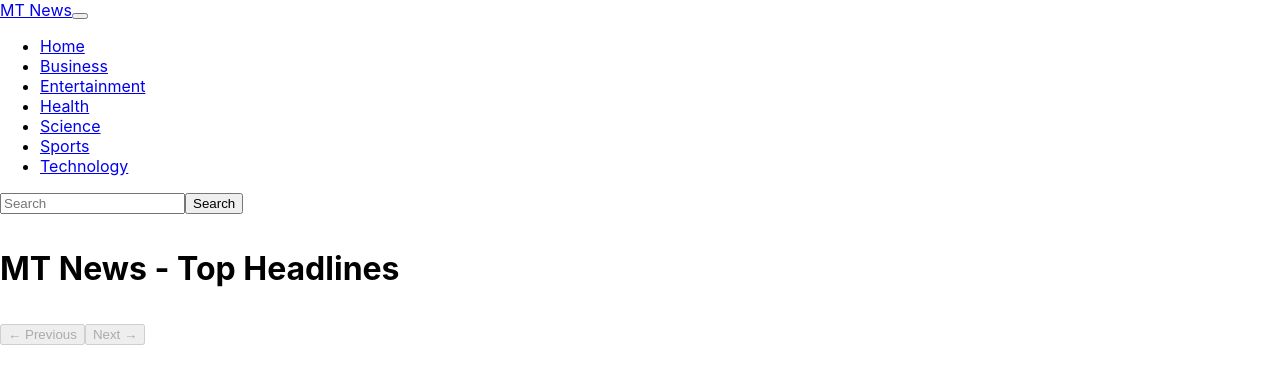
Repository: professorsourabh/news_website_using-ReactJS
Page: /health
An editor plug-in stored every save of this project. The page is shown before and after the next save, followed by the edit.
The browser window is 1280 px wide. The pictures show the whole page.
The page's requests for data from a server got no answer. The project was rebuilt for these pictures with package versions that can differ from the ones it lists, and the page was loaded fresh each time. No one was signed in, and anything a server would have sent is missing. Also part of the build but not shown: src/Components/NewsaItem.js.

Above is the page before, as saved 2023-05-26 12:14:40.

### src/index.js
import React from 'react';
import ReactDOM from 'react-dom/client';
import './index.css';
import App from './App';
import reportWebVitals from './reportWebVitals';
import { BrowserRouter , Route, Routes } from 'react-router-dom';
const root = ReactDOM.createRoot(document.getElementById('root'));
root.render(
  <React.StrictMode>

    <App />

  </React.StrictMode>
);

// If you want to start measuring performance in your app, pass a function
// to log results (for example: reportWebVitals(console.log))
// or send to an analytics endpoint. Learn more: https://bit.ly/CRA-vitals
reportWebVitals();

### src/App.js
// App.js
import React, { Component } from 'react';
import { BrowserRouter as Router, Route, Routes } from 'react-router-dom';
import NavBar from './Components/NavBar';
import News from './Components/News';

export default class App extends Component {
  render() {
    return (
      <Router>
        <div>
          <NavBar />

          <Routes>
            <Route path="/" element={<News category="general"/>} />
            <Route path="/business" element={<News category="business" />} />
            <Route path="/news/Entertainment" element={<News category="entertainment" />} />
            <Route path="/health" element={<News category="health" />} />
            <Route path="/science" element={<News category="science" />} />
            <Route path="/sports" element={<News category="sports" />} />
            <Route path="/technology" element={<News category="technology" />} />
          </Routes>
        </div>
      </Router>
    );
  }
}

### src/Components/NavBar.js
// NavBar.js
import React, { Component } from 'react';
import { Link } from 'react-router-dom';

export class NavBar extends Component {
  render() {
    return (
      <div>
        <nav className="navbar navbar-expand-md bg-body-dark bg-dark text-center">
          <div className="container-fluid">
            <Link className="navbar-brand text-light" to="/">
              MT News
            </Link>
            <button
              className="navbar-toggler"
              type="button"
              data-bs-toggle="collapse"
              data-bs-target="#navbarSupportedContent"
              aria-controls="navbarSupportedContent"
              aria-expanded="false"
              aria-label="Toggle navigation"
            >
              <span className="navbar-toggler-icon"></span>
            </button>

            <div className="collapse navbar-collapse" id="navbarSupportedContent">
              <ul className="navbar-nav me-auto mb-2 mb-lg-0">
                <li className="nav-item">
                  <Link className="nav-link text-light" to="/">
                    Home
                  </Link>
                </li>

                <li className="nav-item">
                  <Link className="nav-link text-light" to="/business">
                    Business
                  </Link>
                </li>
                <li className="nav-item">
                  <Link className="nav-link text-light" to="/news/Entertainment">
                    Entertainment
                  </Link>
                </li>
                <li className="nav-item">
                  <Link className="nav-link text-light" to="/health">
                    Health
                  </Link>
                </li>
                <li className="nav-item">
                  <Link className="nav-link text-light" to="/science">
                    Science
                  </Link>
                </li>
                <li className="nav-item">
                  <Link className="nav-link text-light" to="/sports">
                    Sports
                  </Link>
                </li>
                <li className="nav-item">
                  <Link className="nav-link text-light" to="/technology">
                    Technology
                  </Link>
                </li>
              </ul>

              <form className="d-flex" role="search">
                <input className="form-control me-2" type="search" placeholder="Search" aria-label="Search" />
                <button className="btn btn-outline-success" type="submit">
                  Search
                </button>
              </form>
            </div>
          </div>
        </nav>
      </div>
    );
  }
}

export default NavBar;

### src/Components/News.js
// News.js
import React, { Component } from 'react';
import NewsaItem from './NewsaItem';
import Spinner from './Spinner';
import PropTypes from 'prop-types';

export class News extends Component {
  static defaultProps = {
    country: 'in',
    category: 'general',
  };

  static propTypes = {
    country: PropTypes.string,
    category: PropTypes.string,
  };

  constructor(props) {
    super(props);
    this.state = {
      articles: [],
      loading: false,
      page:1
    };
  }

  async componentDidMount() {
    await this.fetchArticles();
  }
  handlePrevious = async () => {
    const { page } = this.state;
    const prevPage = page - 1;
    await this.fetchArticles(prevPage);
  };

  handleNext = async () => {
    const { page } = this.state;
    const nextPage = page + 1;
    await this.fetchArticles(nextPage);
  };



  async componentDidUpdate(prevProps) {
    if (prevProps.category !== this.props.category) {
      await this.fetchArticles();
    }
  }

  fetchArticles = async (page) => {
    const { country, category } = this.props;
    const apiKey = '6de024851937497c9017d3f0f0e104a4'; // Replace with your NewsAPI API key
    try {
      this.setState({ loading: true });
      const url = `https://newsapi.org/v2/top-headlines?country=${country}&category=${category}&apiKey=${apiKey}&page=${page}`;
      const response = await fetch(url);
      const data = await response.json();
      this.setState({ articles: data.articles, loading: false, page });
    } catch (error) {
      console.error('Error fetching articles:', error);
      this.setState({ loading: false });
    }
  };


  render() {
    const { articles, loading, page } = this.state;

    return (
      <div className="container my-3">
        <h1 className="text-center" style={{ margin: '35px 0px' }}>
          MT News - Top Headlines
        </h1>

        {loading ? (
          <Spinner />
        ) : (
          <div className="row">
            {articles.map((article) => (
              <div className="col-md-4" key={article.url}>
                <NewsaItem
                  title={article.title ? article.title : ''}
                  description={article.description ? article.description.slice(0, 88) : ''}
                  imageUrl={
                    article.urlToImage ||
                    'https://img.etimg.com/thumb/msid-100188906,width-1070,height-580,imgsize-113958,overlay-etmarkets/photo.jpg'
                  }
                  newsUrl={article.url}
                />
              </div>
            ))}
          </div>
        )}

        <div className="container d-flex justify-content-between">
          <button
            disabled={articles.length <= 1}
            type="button"
            className="btn btn-primary"
            onClick={this.handlePrevious}
          >
            &larr; Previous
          </button>
          <button
  disabled={articles.length === 0} // Disable next button when no articles are loaded
  type="button"
  className="btn btn-primary"
  onClick={this.handleNext}
>
  Next &rarr;
</button>

        </div>
      </div>
    );
  }

}

export default News;

### src/Components/Spinner.js
import React, { Component } from 'react'
import loading from './loading.gif'
export class Spinner extends Component {
  render() {
    return (
      <div className='d-flex justify-content-center text-center align-items-center'>
        <img src={loading} alt="loading"/>
      </div>
    )
  }
}

export default Spinner

Loaded but not shown: src/index.css (common file); src/reportWebVitals.js (common file)

After the next save:
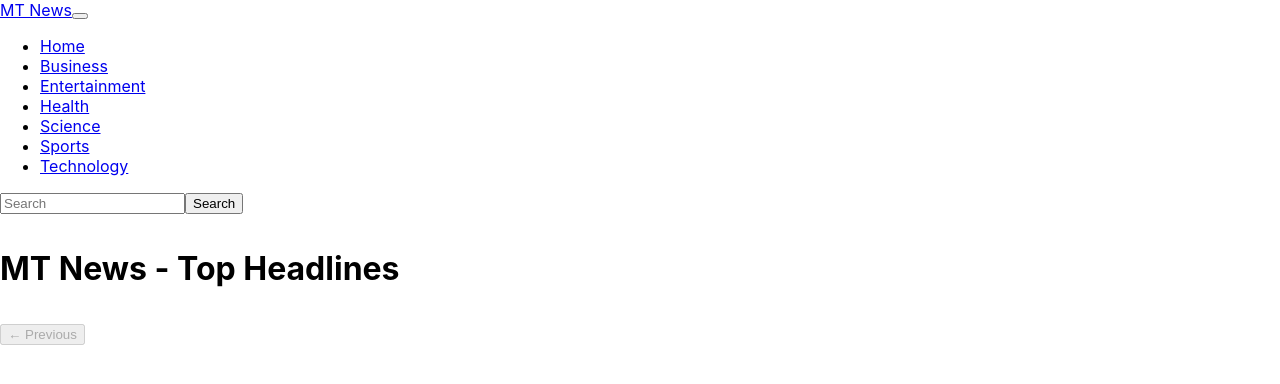
Saved 81 s later.
--- a/src/Components/News.js
+++ b/src/Components/News.js
@@ -27,19 +27,9 @@
   async componentDidMount() {
     await this.fetchArticles();
   }
-  handlePrevious = async () => {
-    const { page } = this.state;
-    const prevPage = page - 1;
-    await this.fetchArticles(prevPage);
-  };
-
-  handleNext = async () => {
-    const { page } = this.state;
-    const nextPage = page + 1;
-    await this.fetchArticles(nextPage);
-  };
-
-
+  handlePrevious= () => {
+    // this.setState
+  }
 
   async componentDidUpdate(prevProps) {
     if (prevProps.category !== this.props.category) {
@@ -47,24 +37,24 @@
     }
   }
 
-  fetchArticles = async (page) => {
+  fetchArticles = async () => {
     const { country, category } = this.props;
     const apiKey = '6de024851937497c9017d3f0f0e104a4'; // Replace with your NewsAPI API key
+    const page=1;
     try {
       this.setState({ loading: true });
-      const url = `https://newsapi.org/v2/top-headlines?country=${country}&category=${category}&apiKey=${apiKey}&page=${page}`;
+      const url = `https://newsapi.org/v2/top-headlines?country=${country}&category=${category}&apiKey=${apiKey}`;
       const response = await fetch(url);
       const data = await response.json();
-      this.setState({ articles: data.articles, loading: false, page });
+      this.setState({ articles: data.articles, loading: false });
     } catch (error) {
       console.error('Error fetching articles:', error);
       this.setState({ loading: false });
     }
   };
 
-
   render() {
-    const { articles, loading, page } = this.state;
+    const { articles, loading } = this.state;
 
     return (
       <div className="container my-3">
@@ -90,31 +80,15 @@
               </div>
             ))}
           </div>
+
         )}
-
         <div className="container d-flex justify-content-between">
-          <button
-            disabled={articles.length <= 1}
-            type="button"
-            className="btn btn-primary"
-            onClick={this.handlePrevious}
-          >
-            &larr; Previous
-          </button>
-          <button
-  disabled={articles.length === 0} // Disable next button when no articles are loaded
-  type="button"
-  className="btn btn-primary"
-  onClick={this.handleNext}
->
-  Next &rarr;
-</button>
-
-        </div>
+            <button disabled={this.state.page<=1} type="button" className="btn btn-primary" onClick={this.handlePrevious}>&larr; Previous</button>
+            {/* <a disabled={this.state.page<=1} type="button" className="btn btn-primary" onClick={this.handleNext}>Next &rarr;</a> */}
+            </div>
       </div>
     );
   }
-
 }
 
 export default News;

After the 3 saves that followed:
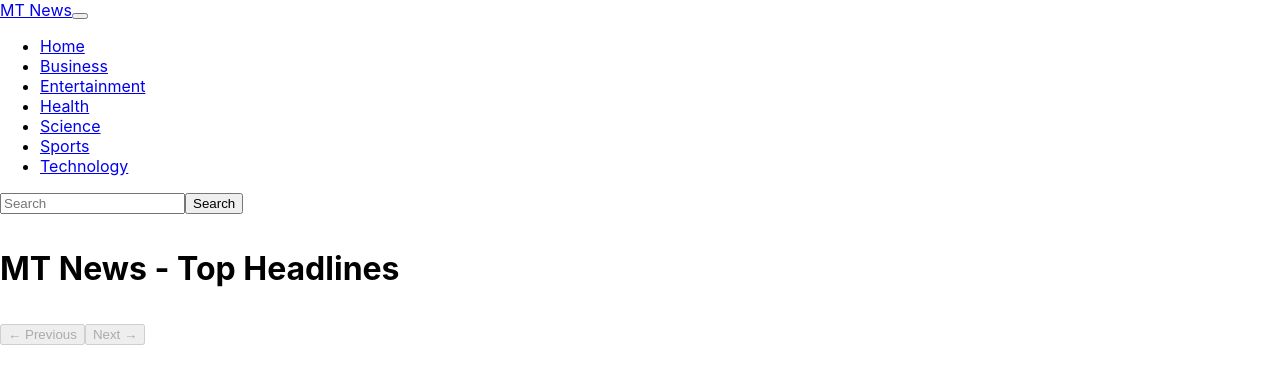
The 3 saves are shown as one change because 2 left the picture as it was.
The last was saved 6 min 15 s later.
--- a/src/Components/News.js
+++ b/src/Components/News.js
@@ -27,8 +27,35 @@
   async componentDidMount() {
     await this.fetchArticles();
   }
-  handlePrevious= () => {
-    // this.setState
+  handlePrevious= async () => {
+    const { country, category } = this.props;
+    const apiKey = '6de024851937497c9017d3f0f0e104a4'; // Replace with your NewsAPI API key
+    try {
+      this.setState({ loading: true ,
+      page:this.state.page+1});
+      const url = `https://newsapi.org/v2/top-headlines?country=${country}&category=${category}&apiKey=${apiKey}&page=${this.state.page-1}`;
+      const response = await fetch(url);
+      const data = await response.json();
+      this.setState({ articles: data.articles, loading: false });
+    } catch (error) {
+      console.error('Error fetching articles:', error);
+      this.setState({ loading: false });
+    }
+  }
+  handleNext= async () => {
+    const { country, category } = this.props;
+    const apiKey = '6de024851937497c9017d3f0f0e104a4'; // Replace with your NewsAPI API key
+    try {
+      this.setState({ loading: true ,
+      page:this.state.page+1});
+      const url = `https://newsapi.org/v2/top-headlines?country=${country}&category=${category}&apiKey=${apiKey}&page=${this.state.page+1}`;
+      const response = await fetch(url);
+      const data = await response.json();
+      this.setState({ articles: data.articles, loading: false });
+    } catch (error) {
+      console.error('Error fetching articles:', error);
+      this.setState({ loading: false });
+    }
   }
 
   async componentDidUpdate(prevProps) {
@@ -84,7 +111,7 @@
         )}
         <div className="container d-flex justify-content-between">
             <button disabled={this.state.page<=1} type="button" className="btn btn-primary" onClick={this.handlePrevious}>&larr; Previous</button>
-            {/* <a disabled={this.state.page<=1} type="button" className="btn btn-primary" onClick={this.handleNext}>Next &rarr;</a> */}
+            <button disabled={this.state.page<=1} type="button" className="btn btn-primary" onClick={this.handleNext}>Next &rarr;</button>
             </div>
       </div>
     );
